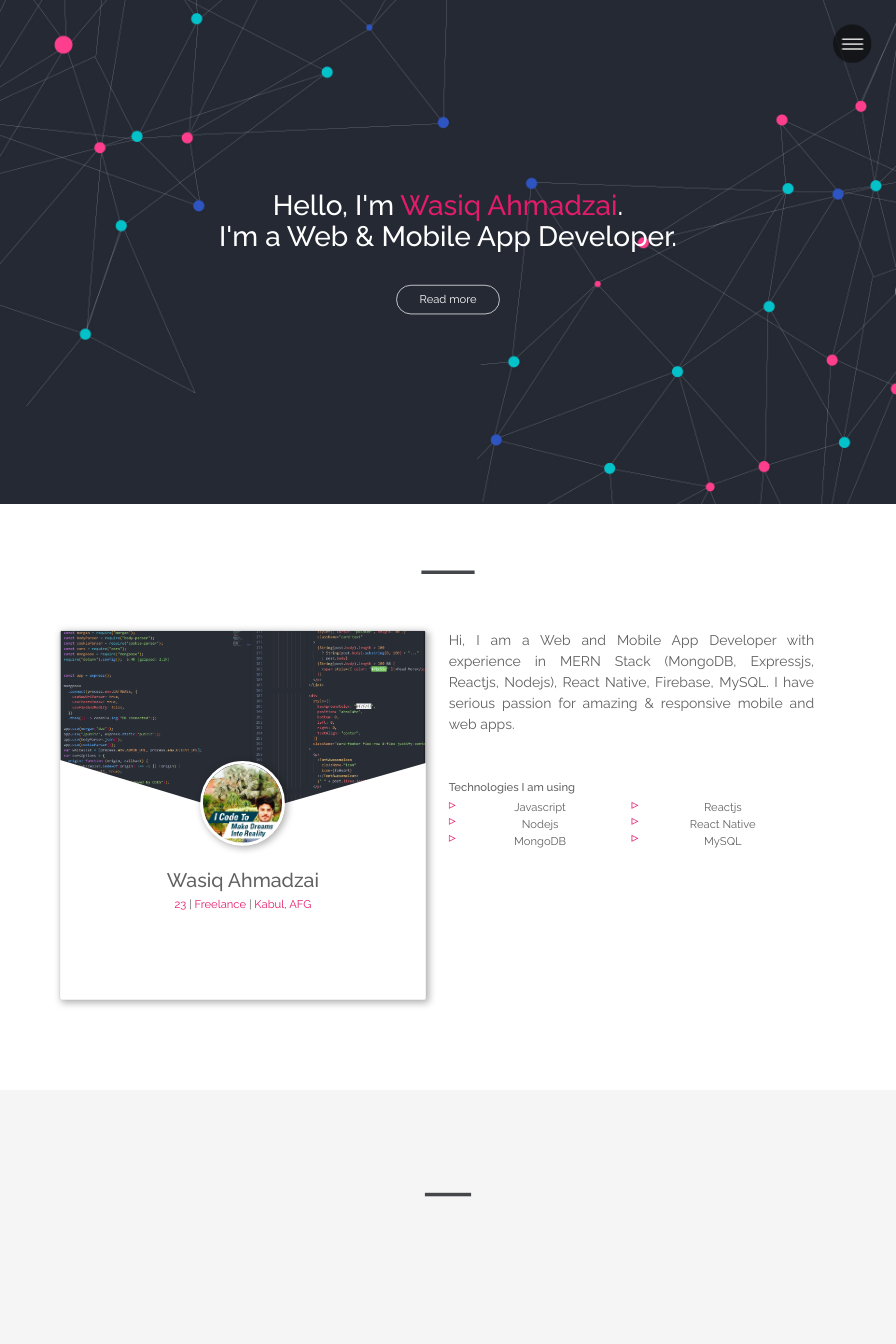
Repository: wasiqkhan/wasiqkhan.github.io
Page: index.html
These files come from the project's save history. The page is drawn as it stood at one moment and after the next save; the edit follows.
The browser window is 1280 px wide. The pictures show the part of the page from y = 0 to 1920 px (the page is 5002 px tall), at 70% of full size.
Some web fonts or font styles are not loaded; a fallback is used.

Above is the page before, as saved 2020-11-06 17:28:57.
Not found: js/all.js
Not found: js/app.js
Not found: js/particles.js

After the next save:
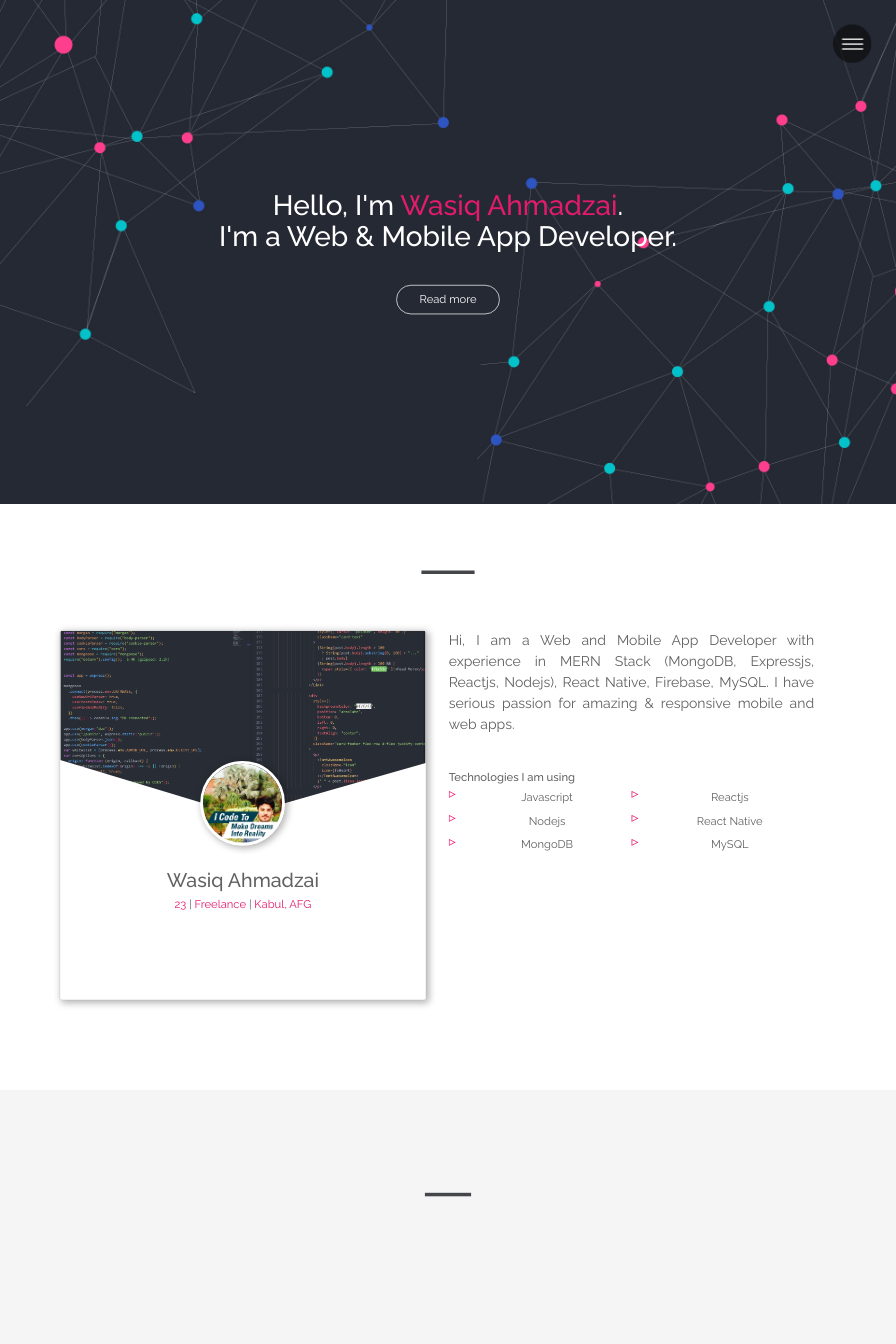
Saved 9 s later.
--- a/css/style.css
+++ b/css/style.css
@@ -471,8 +471,8 @@ a {
 }
 .skill-set li {
   position: relative;
-  /* margin-bottom: 10px;
-  padding-left: 20px; */
+  margin-bottom: 10px;
+  padding-left: 20px;
 }
 .skill-set li::before {
   content: "▹";
